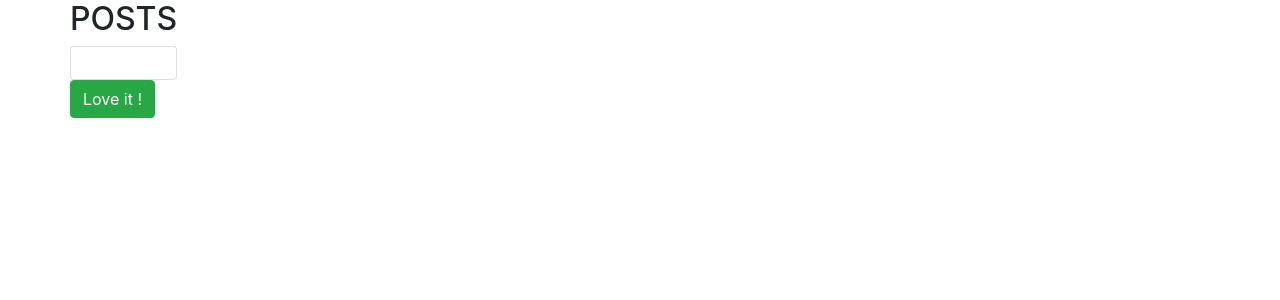
Repository: BillThePony/Ng-Blog-OC
Page: /
An editor plug-in stored every save of this project. The page is shown before and after a run of saves, followed by the edit.
The browser window is 1280 px wide. The pictures show the whole page.
The project was rebuilt for these pictures with package versions that can differ from the ones it lists, and the page was loaded fresh each time. Also part of the build but not shown: angular.json, src/app/post-list-item/post-list-item.component.ts.

Above is the page before, as saved 2018-10-08 15:43:21.

### src/index.html
<!doctype html>
<html lang="en">
<head>
  <meta charset="utf-8">
  <title>MonBlog</title>
  <base href="/">

  <meta name="viewport" content="width=device-width, initial-scale=1">
  <link rel="icon" type="image/x-icon" href="favicon.ico">
</head>
<body>
  <app-root></app-root>
</body>
</html>

### src/app/app.component.ts
import { Component } from "@angular/core";

@Component({
  selector: "app-root",
  templateUrl: "./app.component.html",
  styleUrls: ["./app.component.css"]
})
export class AppComponent {
  Posts = [
    {
      title: "Mon premier post",
      contenu: "Je suis une chèvre",

    },
    {
      title: "Mon deuxième post ",
      contenu: "J'aime le fromage de chèvre",
      date: ""
    },
    {
      title: "Mon troisième post",
      contenu: "Je devrais manger plus de fromage de chèvre",
      date: ""
    }
  ];

  title = "mon-blog";
}

### src/app/post-list/post-list.component.ts
import { Component, OnInit } from "@angular/core";

@Component({
  selector: "app-post-list",
  templateUrl: "./post-list.component.html",
  styleUrls: ["./post-list.component.css"]
})
export class PostListComponent implements OnInit {
  post1: {
    title: string;
    content: string;
    createdAt: Date;
    loveIts: number;
  };

  post2: {
    title: string;
    content: string;
    createdAt: Date;
    loveIts: number;
  };

  post3: {
    title: string;
    content: string;
    createdAt: Date;
    loveIts: number;
  };

  constructor() {}

  ngOnInit() {}

  getLoveIts() {

  }
}

### src/app/app.component.html
<div class="container">
  <div class="row">
    <div class="col-xs-12">
      <ul class="list-group">
        <h2>POSTS</h2>
        <app-post-list></app-post-list>
      </ul>

      <button class ="btn btn-success" (click)="getLoveIts()">Love it ! </button>
    </div>
  </div>
</div>

### src/app/post-list/post-list.component.html
<li class="list-group-item">
  <div>
    <h4>{{post1}}</h4>

    <h4>{{post2}}</h4>

    <h4>{{post3}}</h4>
  </div>
</li>

Loaded but not shown: src/styles.css (common file); src/main.ts (common file); src/app/app.module.ts (common file); src/environments/environment.ts (common file); src/app/app.component.css (no stored copy; drawn as an empty file); src/app/post-list/post-list.component.css (no stored copy; drawn as an empty file)

After the next 2 saves:
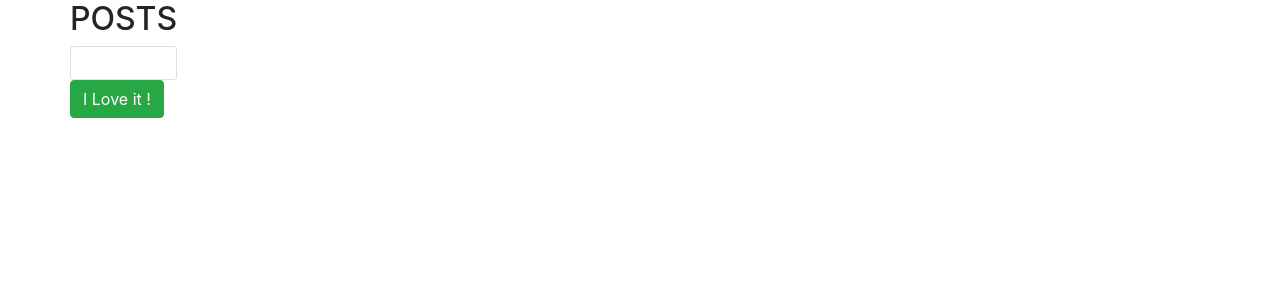
The 2 saves are shown as one change because they came seconds apart.
The last was saved 7 s later.
--- a/src/app/app.component.html
+++ b/src/app/app.component.html
@@ -6,7 +6,7 @@
         <app-post-list></app-post-list>
       </ul>
 
-      <button class ="btn btn-success" (click)="getLoveIts()">Love it ! </button>
+      <button class="btn btn-success" (click)="getLoveIts()">I Love it !</button>
     </div>
   </div>
 </div>
